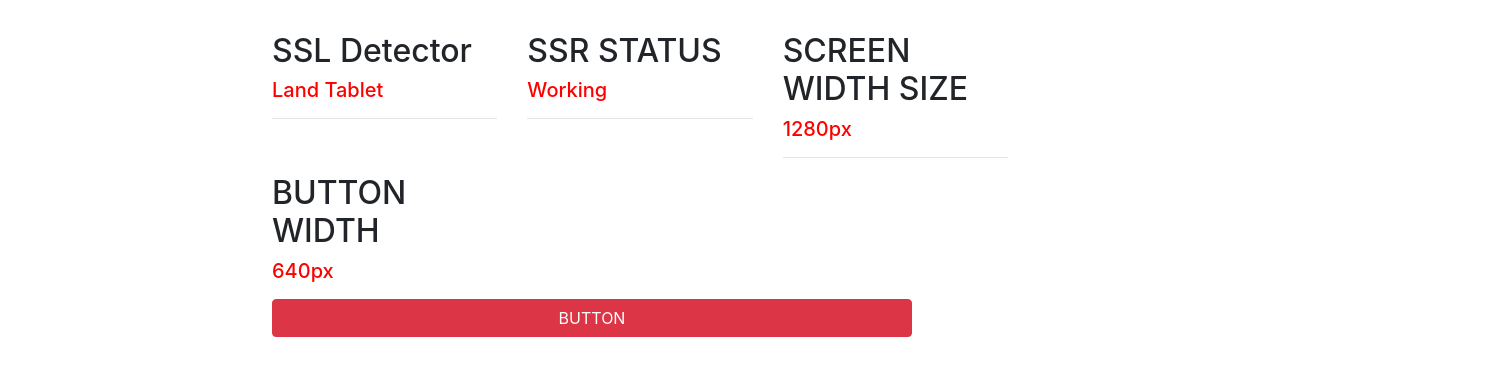
Repository: adrihle/screen-detector-nextpwa
Page: /
An editor plug-in stored every save of this project. The page is shown before and after the next save, followed by the edit.
The browser window is 1280 px wide. The page is 1280 px wide, then 1487 px, so the pictures cover 1487 px, including what lies to the right of the window. The pictures show the whole page.
The project was rebuilt for these pictures with package versions that can differ from the ones it lists, and the page was loaded fresh each time. The framework's server and built-in components were replaced by stand-ins that run in the browser. Imported but missing from the stored project, and not drawn on this page: pages/_document.

Above is the page before, as saved 2020-12-28 15:20:20.

### pages/_app.js
import App, { Container } from "next/app";
import Head from "next/head";
import styled, { createGlobalStyle } from "styled-components";
import { title } from "./_document";
import ScreenSizeLayout from '../components/layouts/ScreenSizeLayout'

// Any global CSS variables and selectors we want
const GlobalStyle = createGlobalStyle`
  :root {
    --padding: 2rem;
    --max-width: 50rem;
  }

  body {
    background: var(--background--1);
    font-family: 'PT Sans', sans-serif;
    margin: 0;
  }
`;

const Main = styled.main`
  margin: 0 auto;
  max-width: var(--max-width);
  padding: var(--padding);
`;

export default class MyApp extends App {
  static async getInitialProps({ Component, ctx }) {
    let pageProps = {};

    if (Component.getInitialProps) {
      pageProps = await Component.getInitialProps(ctx);
    }

    return { pageProps };
  }

  render() {
    const { Component, pageProps, router } = this.props;

    return (
      <>
        <Head>
          <title>{title}</title>
          <link rel="stylesheet" href="https://stackpath.bootstrapcdn.com/bootstrap/4.3.1/css/bootstrap.min.css" integrity="sha384-ggOyR0iXCbMQv3Xipma34MD+dH/1fQ784/j6cY/iJTQUOhcWr7x9JvoRxT2MZw1T" crossorigin="anonymous"></link>
        </Head>
        <Container>
          {/* here a style layout */}
          <Main>
            {/* here a smart screen detector */}
            <ScreenSizeLayout>
              <Component {...pageProps} router={router} />
            </ScreenSizeLayout>
          </Main>
          <GlobalStyle />
        </Container>
      </>
    );
  }
}

### pages/index.js
import { useEffect, useState } from 'react'
import ScreenSizeLayout from '../components/layouts/ScreenSizeLayout'


const Index = ({ server, size, screen }) => {

  const width = size + 'px'

  const btnWidth = size / 2

  return (
    <div className='row'>
        <div className="col-md-4">
          <h2>SSL Detector</h2>
          <h5 style={{color:'red'}}>{screen}</h5>
          <hr />
        </div>
        <div className="col-md-4">
          <h2>SSR STATUS</h2>
          <h5 style={{color:'red'}}>{server ? 'Working' : 'Not Working'}</h5>
          <hr />
        </div>
        <div className="col-md-4">
          <h2>SCREEN WIDTH SIZE</h2>
          <h5 style={{color:'red'}}>{width}</h5>
          <hr/>
        </div>
        <div className="col-md-4">
          {size>240 && (
            <>
              <h2>BUTTON WIDTH</h2>
              <h5 style={{color:'red'}}>{`${btnWidth}px`}</h5>
              <button style={{width:btnWidth}} className='btn btn-danger mt-2'>BUTTON</button>
            </>
          )}
        </div>
    </div>
  )
}

Index.getInitialProps = async function() {
  return {
    server: true,
  }
};

export default Index;

### components/layouts/ScreenSizeLayout.tsx
import {Children, cloneElement, useState, useEffect } from 'react'

const ScreenSizeLayout = ({ children }) => {

    const [size, setSize] = useState(null)
    const [screen, setScreen] = useState(null)

    const handleSize = () => {
        let width = window.innerWidth
        let heigh = window.innerHeight
        setSize(width)

        if (width < 420){setScreen('Mobile')}
        else if (width > 420 && width < 850 && heigh < 420){setScreen('Land Mobile')}
        else if (width > 420 && width < 850 && heigh > 420){setScreen('Tablet')}
        else if (width > 820 && width < 1300){setScreen('Land Tablet')}
        else {setScreen('Desktop')}
    }

    useEffect(() => {
        handleSize()
        window.addEventListener('resize', handleSize)
        return () => {window.removeEventListener('resize', handleSize)}
    },[])

    const childrenWithProps = Children.map(children, child => {
        return cloneElement(child, {
            size, screen
        });
      });

    return (
        <>
            {childrenWithProps}
        </>
    )
}

export default ScreenSizeLayout

After the next save:
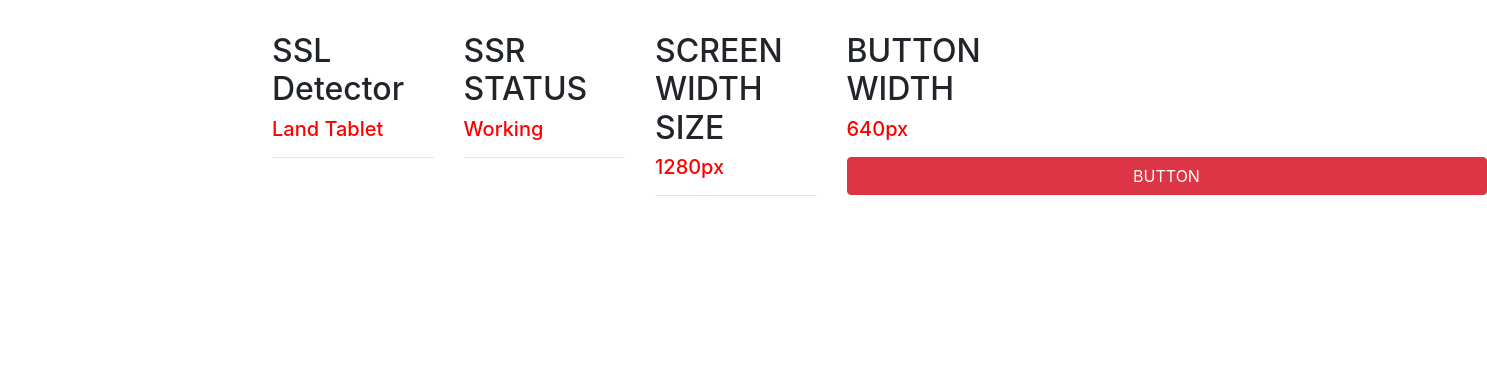
Saved 26 s later.
--- a/pages/index.js
+++ b/pages/index.js
@@ -10,22 +10,22 @@ const Index = ({ server, size, screen }) => {
 
   return (
     <div className='row'>
-        <div className="col-md-4">
+        <div className="col-md-4 col-lg-3">
           <h2>SSL Detector</h2>
           <h5 style={{color:'red'}}>{screen}</h5>
           <hr />
         </div>
-        <div className="col-md-4">
+        <div className="col-md-4 col-lg-3">
           <h2>SSR STATUS</h2>
           <h5 style={{color:'red'}}>{server ? 'Working' : 'Not Working'}</h5>
           <hr />
         </div>
-        <div className="col-md-4">
+        <div className="col-md-4 col-lg-3">
           <h2>SCREEN WIDTH SIZE</h2>
           <h5 style={{color:'red'}}>{width}</h5>
           <hr/>
         </div>
-        <div className="col-md-4">
+        <div className="col-md-4 col-lg-3">
           {size>240 && (
             <>
               <h2>BUTTON WIDTH</h2>
